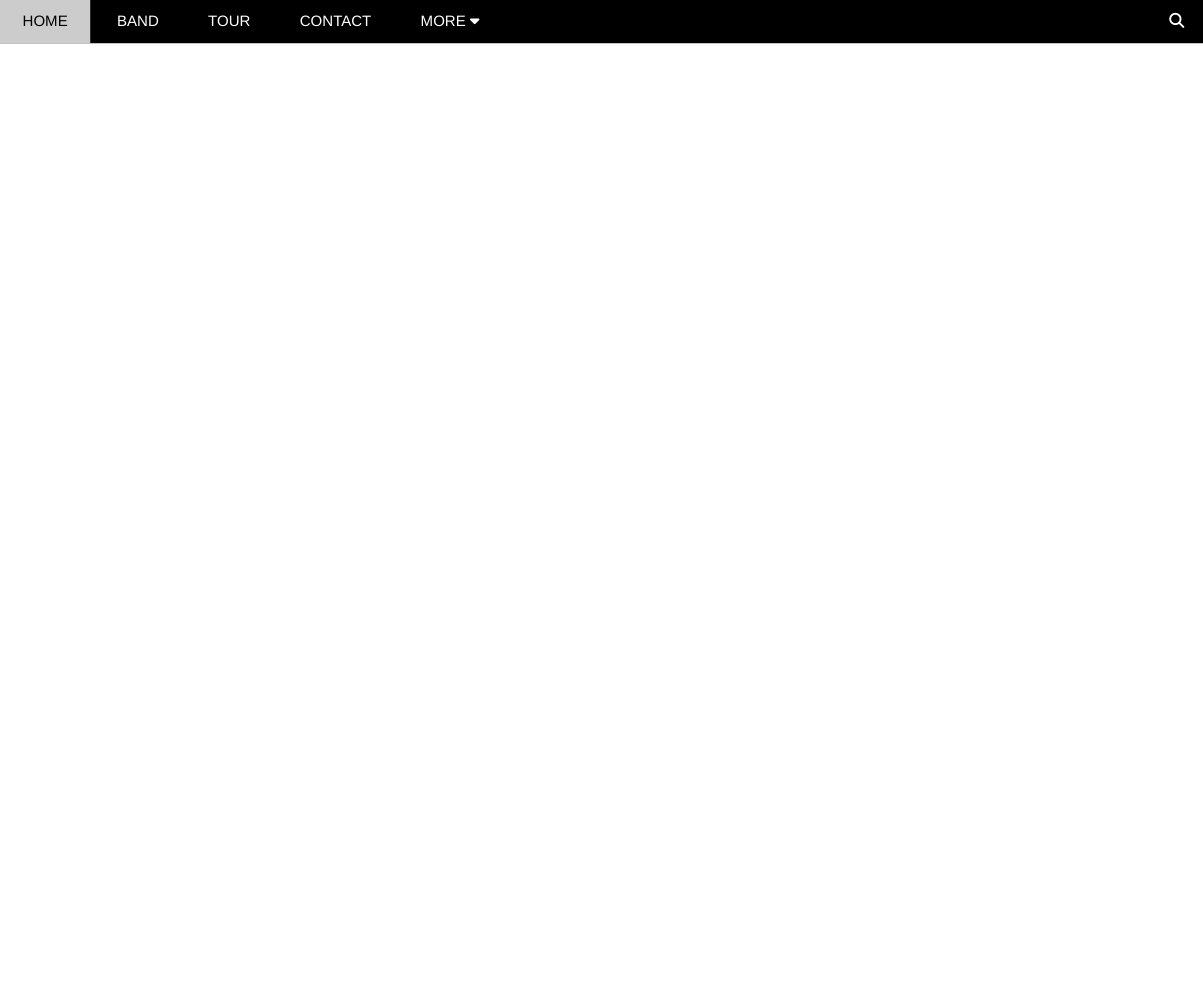
Repository: NguyenMinhChau/Theband
Page: index.html
An editor plug-in stored every save of this project. The page is shown before and after a run of saves, followed by the edit.
The browser window is 1280 px wide. The pictures show the whole page, at 94% of full size.
Some web libraries are served in a nearby version.

Above is the page before, as saved 2021-10-23 09:08:49.

After the next 2 saves:
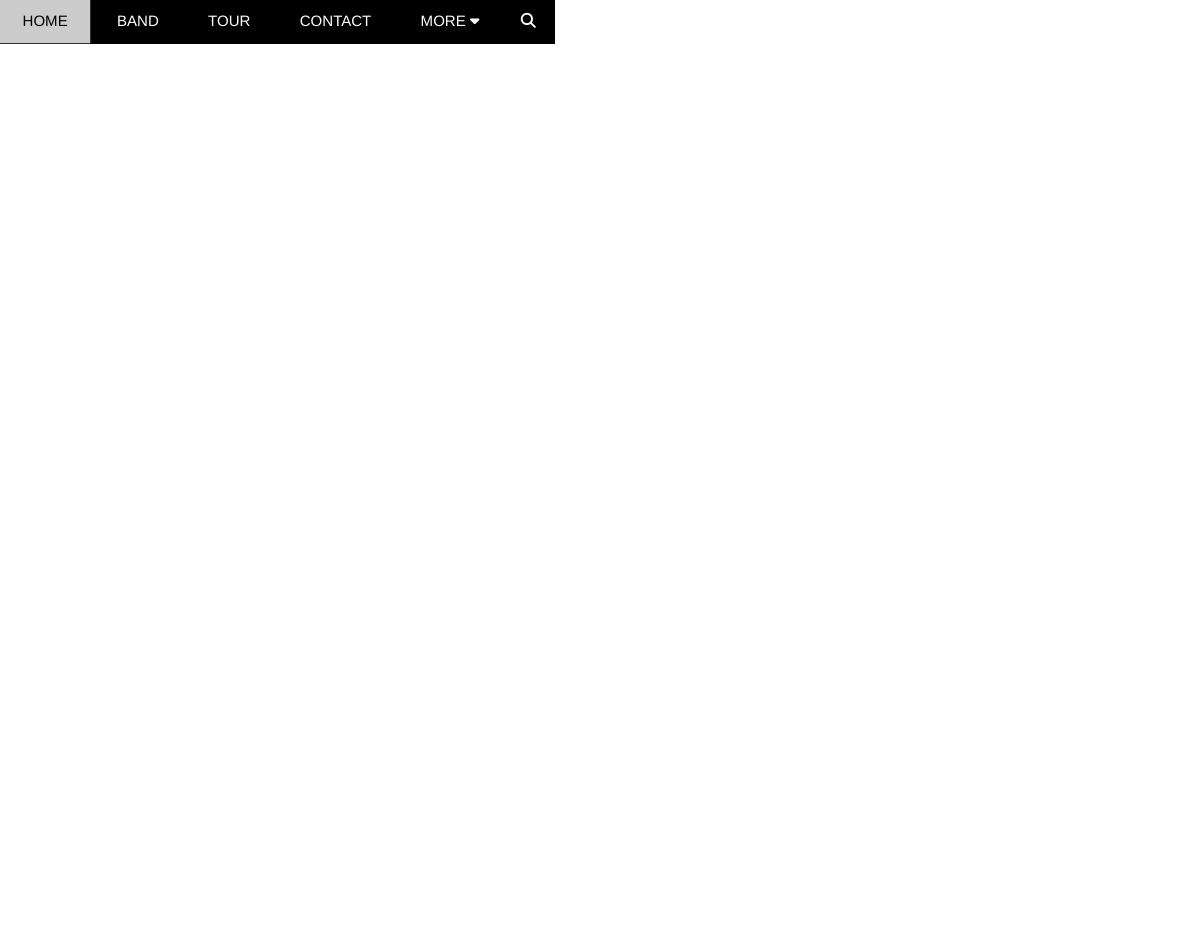
The 2 saves are shown as one change because they came seconds apart.
The last was saved 21 s later.
--- a/assets/css/style.css
+++ b/assets/css/style.css
@@ -12,13 +12,13 @@
 #header{
     height: 46px;
     background-color: #000;
+    position: fixed;
+    top: 0;
+    left: 0;
 }
 
 #nav{
     display: inline-block;
-    position: fixed;
-    top: 0;
-    left: 0;
 }
 
 #nav,
